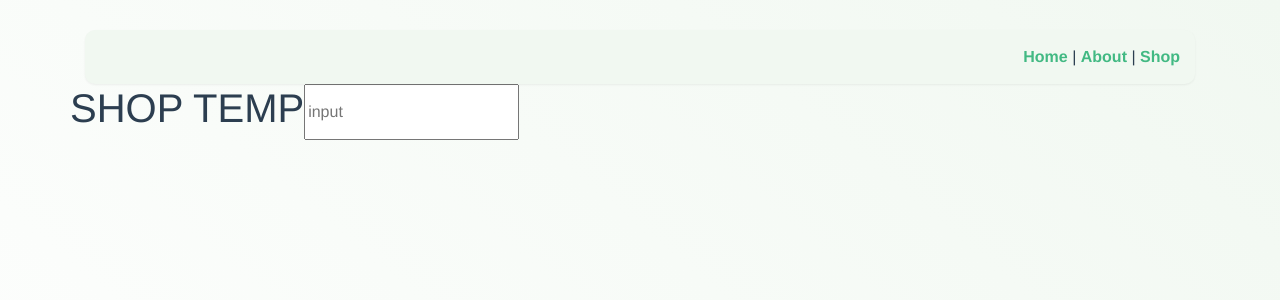
Repository: ramcd86/vuetest
Page: /#/shop
An editor plug-in stored every save of this project. The page is shown before and after a run of saves, followed by the edit.
The browser window is 1280 px wide. The pictures show the whole page.
The project was rebuilt for these pictures with package versions that can differ from the ones it lists, and the page was loaded fresh each time. Requests to the local data server were answered from the project's data file. Also part of the build but not shown: src/components/HelloWorld.vue, src/views/Home.vue.

Above is the page before, as saved 2019-07-08 11:29:49.

### public/index.html
<!DOCTYPE html>
<html lang="en">
  <head>
    <meta charset="utf-8">
    <meta http-equiv="X-UA-Compatible" content="IE=edge">
    <meta name="viewport" content="width=device-width,initial-scale=1.0">
    <link rel="icon" href="<%= BASE_URL %>favicon.ico">
    <link href="https://stackpath.bootstrapcdn.com/bootstrap/4.3.1/css/bootstrap.min.css" rel="stylesheet" integrity="sha384-ggOyR0iXCbMQv3Xipma34MD+dH/1fQ784/j6cY/iJTQUOhcWr7x9JvoRxT2MZw1T" crossorigin="anonymous">
    <link href="https://stackpath.bootstrapcdn.com/font-awesome/4.7.0/css/font-awesome.min.css" rel="stylesheet" integrity="sha384-wvfXpqpZZVQGK6TAh5PVlGOfQNHSoD2xbE+QkPxCAFlNEevoEH3Sl0sibVcOQVnN" crossorigin="anonymous">
    <title>storeapp</title>
    <style>
    body {
      margin: 0px;
      padding: 0px;
    }
    .container-fluid {
      background: rgb(241,248,241);
      background: -moz-linear-gradient(220deg, rgba(241,248,241,1) 0%, rgba(255,255,255,1) 100%);
      background: -webkit-linear-gradient(220deg, rgba(241,248,241,1) 0%, rgba(255,255,255,1) 100%);
      background: linear-gradient(220deg, rgba(241,248,241,1) 0%, rgba(255,255,255,1) 100%);
      filter: progid:DXImageTransform.Microsoft.gradient(startColorstr="#f1f8f1",endColorstr="#ffffff",GradientType=1);
      min-height: 100vh;
      padding-bottom: 200px;
    }
    </style>
  </head>
  <body>
    <noscript>
      <strong>We're sorry but storeapp doesn't work properly without JavaScript enabled. Please enable it to continue.</strong>
    </noscript>
    <main  class="container-fluid">
    <div id="app"></div>
  </main>
    <!-- built files will be auto injected -->
  </body>
</html>

### src/App.vue
<template>
  <div id="app">
    <div id="nav" class="container">
    <div class="row">
      <div class="col-12 block text-right">
            <router-link to="/">Home</router-link> |
            <router-link to="/about">About</router-link> |
            <router-link :to="{ name: 'shop', params: { queryData } }">Shop</router-link>
      </div>
          <router-view />
    </div>

    </div>

  </div>
</template>


<script>
import { get, post } from "@/helpers/Utilities.js";

export default {


  data() {
    return {
      get: get,
      post: post,

      queryData: ''
    };
  },

  created() {
    this.get("http://localhost:3000/employees").then(resp => {
      this.queryData = JSON.parse(resp);
    });
  },

  methods: {},

  mounted() {
    console.log(this.queryData);
  }
};
</script>


<style lang="scss">

.block {
  background-color: #f1f8f1;
  padding: 15px;
  border-radius: 10px;
    box-shadow: 0 1px 3px rgba(0,0,0,0.03), 0 1px 2px rgba(0,0,0,0.03);
  transition: all 0.3s cubic-bezier(.25,.8,.25,1);
}

#app {
  font-family: "Avenir", Helvetica, Arial, sans-serif;
  -webkit-font-smoothing: antialiased;
  -moz-osx-font-smoothing: grayscale;
  text-align: center;
  color: #2c3e50;
}
#nav {
  padding: 30px;
  a {
    font-weight: bold;
    color: #42b983;
    &.router-link-exact-active {
      color: #42b983;
    }
  }
}
</style>

### src/router.js
import Vue from 'vue'
import Router from 'vue-router'
import Home from './views/Home.vue'
import Shop from './views/Shop.vue'

Vue.use(Router)

export default new Router({
  routes: [
    {
      path: '/',
      name: 'home',
      component: Home
    },
    {
      path: '/shop',
      name: 'shop',
      component: Shop,
      props: true
    },
    {
      path: '/about',
      name: 'about',
      // route level code-splitting
      // this generates a separate chunk (about.[hash].js) for this route
      // which is lazy-loaded when the route is visited.
      component: () => import(/* webpackChunkName: "about" */ './views/About.vue')
    }
  ]
})

### src/helpers/Utilities.js
export const logger = (arg) => {
    console.log(arg);
}


export const post = (value) => {
    return new Promise((resolve, reject) => {
        const request = new XMLHttpRequest();
        request.timeout = 2000;
        request.open('POST', value.url, true);
        request.setRequestHeader('Content-Type', 'application/x-www-form-urlencoded; charset=UTF-8');
        request.send(value.data);
        request.onreadystatechange = (e) => {
            if (request.readyState === 4) {
                if (request.status === 200) {
                    resolve(request.response);
                } else {
                    reject(request.status);
                }
            }
        };
        request.timeout = () => {
            reject("The operation timed out.");
        };
    });

}

export const get = (url) => {
    return new Promise((resolve, reject) => {
        const request = new XMLHttpRequest();
        request.timeout = 2000;
        request.onreadystatechange = function (e) {
            if (request.readyState === 4) {
                if (request.status === 200) {
                    resolve(request.response);
                } else {
                    reject(request.status);
                }
            }
        };
        request.ontimeout = function () {
            reject("The operation timed out.");
        };
        request.open('get', url, true);
        request.send();
    });
}

### src/views/Shop.vue

// Template
<template>
    <div class="row">
    <div class="col-8">
    </div>
    <div class="col-4">
    </div>
    <h1>SHOP TEMP</h1>
            <div v-for="item in dataSet" v-bind:key="item.id">
                {{item.id}} | {{item.first_name}} {{item.last_name}} | {{item.email}}
            </div>
            <input type="text" placeholder="input" v-model="inputData">
            {{inputData}}
    </div>
</template>

// Script
<script>
export default {
    name: 'shop',

    props: ['queryData'],

    data() {
        return {
            dataSet: [],
            inputData: ''
            }
    },

    created() {
        this.dataSet = this.queryData;
    },

    mounted() {
        console.log(this.dataSet);
    },

    watch: {
        inputData(val) {
            console.log(val)
        }
    }
}
</script>

// Style
<style lang="scss" scoped>


</style>

### src/mock/db.json
{
  "employees": [
    {
      "id": 1,
      "first_name": "Sebastian",
      "last_name": "Eschweiler",
      "email": "sebastian@codingthesmartway.com"
    },
    {
      "id": 2,
      "first_name": "Steve",
      "last_name": "Palmer",
      "email": "steve@codingthesmartway.com"
    },
    {
      "id": 3,
      "first_name": "Ann",
      "last_name": "Smith",
      "email": "ann@codingthesmartway.com"
    }
  ]
}

Loaded but not shown: src/main.js (common file)

After the next 2 saves:
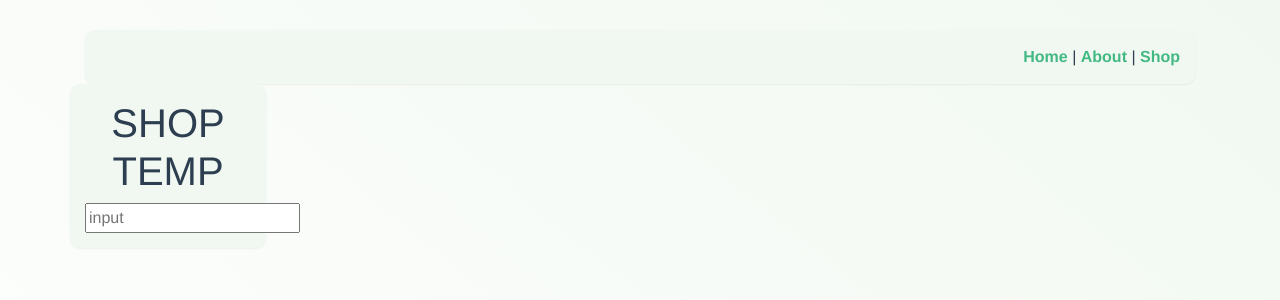
The 2 saves are shown as one change because they came seconds apart.
The last was saved 26 s later.
--- a/src/views/Shop.vue
+++ b/src/views/Shop.vue
@@ -2,16 +2,17 @@
 // Template
 <template>
     <div class="row">
-    <div class="col-8">
-    </div>
-    <div class="col-4">
-    </div>
-    <h1>SHOP TEMP</h1>
+    <div class="col-8 block">
+        <h1>SHOP TEMP</h1>
             <div v-for="item in dataSet" v-bind:key="item.id">
                 {{item.id}} | {{item.first_name}} {{item.last_name}} | {{item.email}}
             </div>
             <input type="text" placeholder="input" v-model="inputData">
             {{inputData}}
+    </div>
+    <div class="col-4">
+    </div>
+
     </div>
 </template>
 
